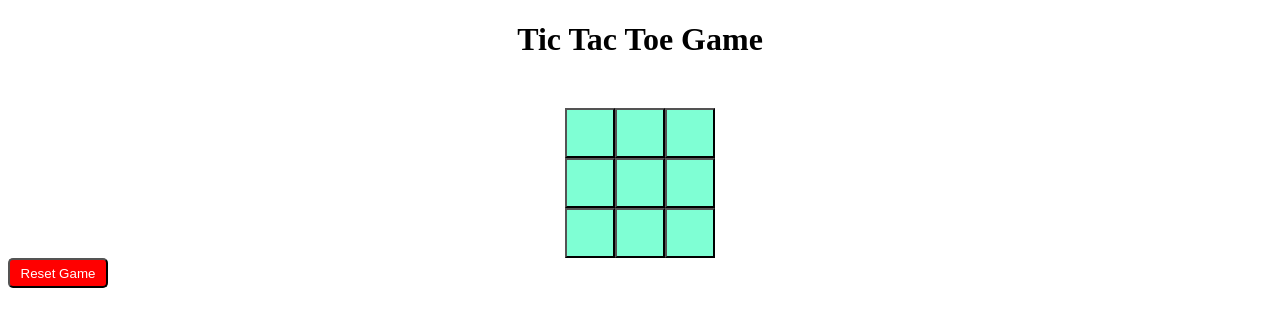
Repository: Wahid137/tic-tac-toe-game
Page: /
The author's editor kept a copy of each file at every save. The page is drawn from the files as they stood at one save, then again after the next save.
The browser window is 1280 px wide. The pictures show the whole page.
The project was rebuilt for these pictures with package versions that can differ from the ones it lists, and the page was loaded fresh each time. Also part of the build but not shown: vite.config.js, src/index.css.

Above is the page before, as saved 2023-09-18 01:48:25.

After the next save:
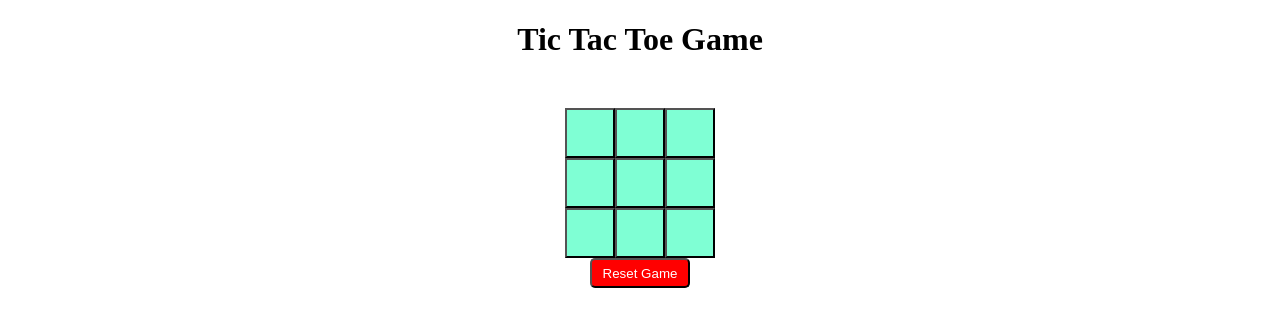
Saved 15 s later.
--- a/src/App.css
+++ b/src/App.css
@@ -26,5 +26,8 @@ h1{
   border-radius: 5px;
   background-color: red;
   color: white;
+}
+
+.btn-div{
   text-align: center;
 }
